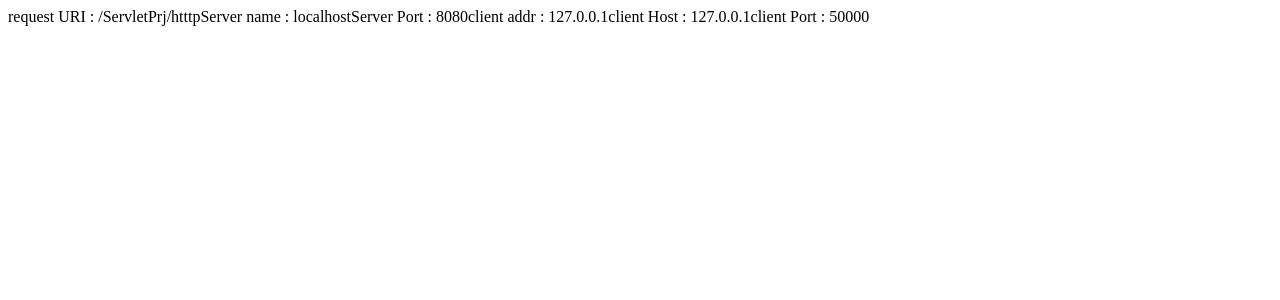
Repository: alsals126/servlet_study_2021
Page: http://localhost/ServletPrj/htttp
These files come from the project's save history. The page is drawn as it stood at one moment and after the next save; the edit follows.
The browser window is 1280 px wide. The pictures show the whole page.
The page is served by Tomcat 9.

Above is the page before, as saved 2021-05-11 00:11:17.

After the next save:
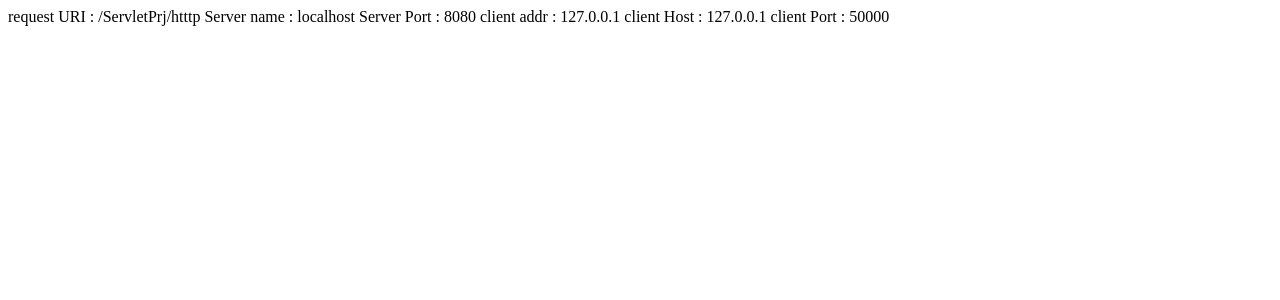
Saved 29 s later.
--- a/ServletPrj/src/kr/hs/servlet/FifthServlet.java
+++ b/ServletPrj/src/kr/hs/servlet/FifthServlet.java
@@ -21,12 +21,12 @@ public class FifthServlet extends HttpServlet{
 		PrintWriter out = res.getWriter(); // 출력 객체 만들어야함
 		out.print("<html><head><title>요청방식과 프로토콜</title></head><body>");
 
-		out.print("request URI : " + req.getRequestURI());
-		out.print("Server name : " + req.getServerName());
-		out.print("Server Port : " + req.getServerPort());
-		out.print("client addr : " + req.getRemoteAddr());
-		out.print("client Host : " + req.getRemoteHost());
-		out.print("client Port : " + req.getRemotePort());
+		out.println("request URI : " + req.getRequestURI());
+		out.println("Server name : " + req.getServerName());
+		out.println("Server Port : " + req.getServerPort());
+		out.println("client addr : " + req.getRemoteAddr());
+		out.println("client Host : " + req.getRemoteHost());
+		out.println("client Port : " + req.getRemotePort());
 
 		out.print("</body></html>");
 	}
